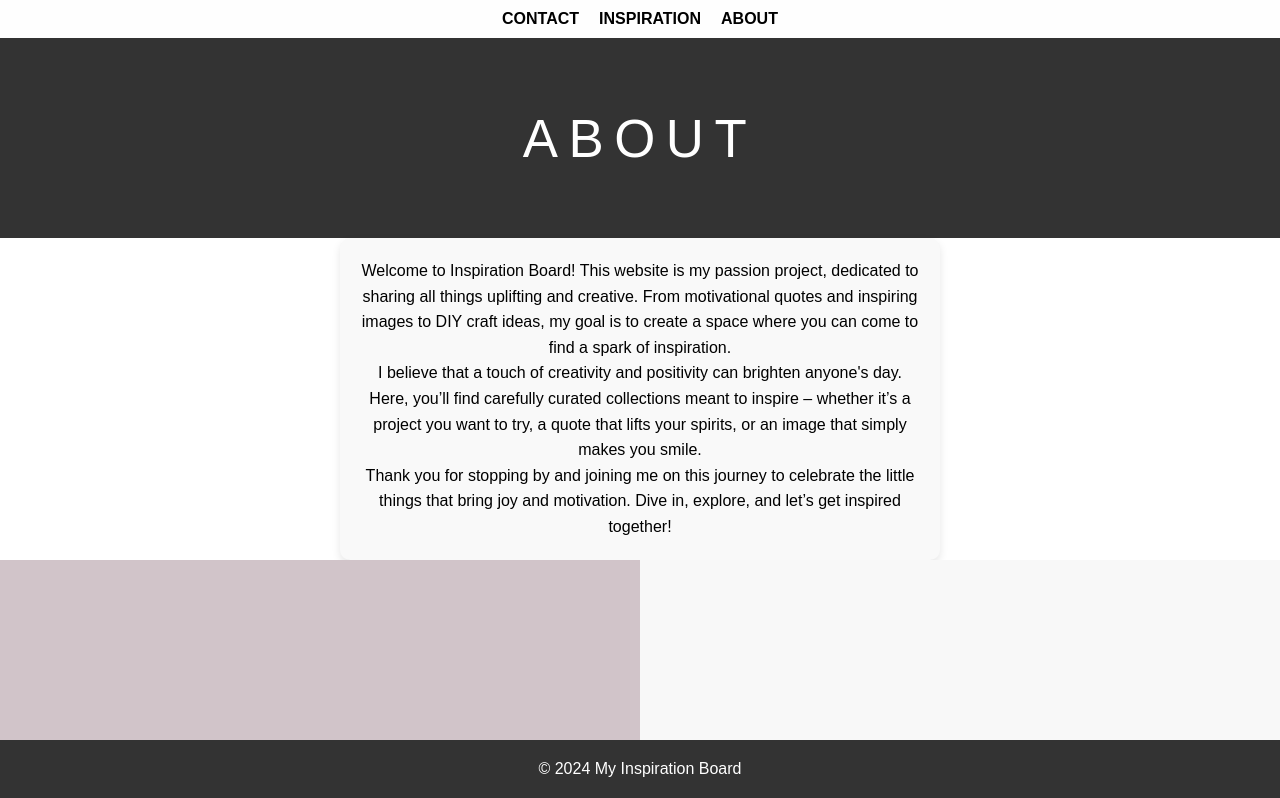
Repository: Brittany-Westlund/MART341-WebDesign
Page: WebDesignHomework/Assignment11/about.html
An editor plug-in stored every save of this project. The page is shown before and after the next save, followed by the edit.
The browser window is 1280 px wide. The pictures show the whole page.

Above is the page before, as saved 2024-11-03 20:00:29.

After the next save:
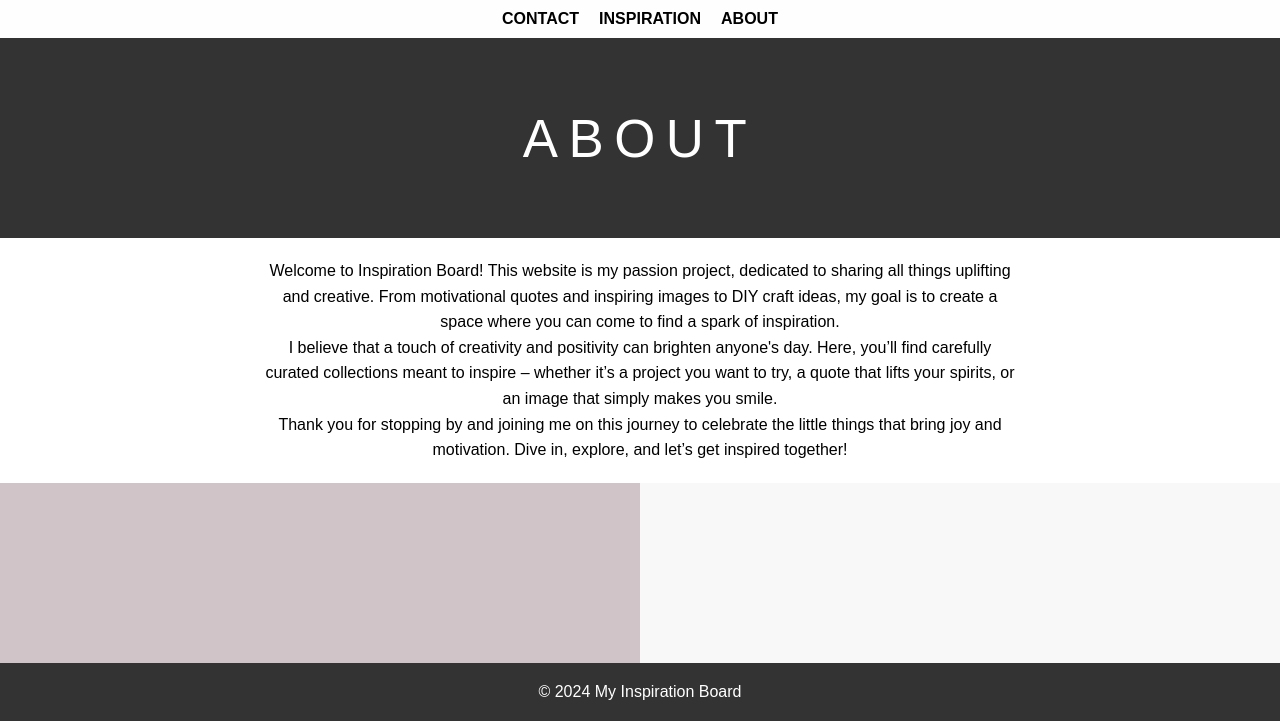
Saved 54 s later.
--- a/WebDesignHomework/Assignment11/style/style.css
+++ b/WebDesignHomework/Assignment11/style/style.css
@@ -69,14 +69,11 @@ nav ul li a {
 }
 
 .about-section {
-    max-width: 600px; /* Limits the width for readability */
+    max-width: 800px; /* Limits the width for readability */
     margin: 0 auto; /* Centers the section horizontally */
     padding: 20px; /* Adds space inside the section */
     text-align: center; /* Centers the text */
     line-height: 1.6; /* Improves readability */
-    background-color: #f9f9f9; /* Optional: light background color */
-    border-radius: 10px; /* Optional: rounded corners */
-    box-shadow: 0px 4px 8px rgba(0, 0, 0, 0.1); /* Optional: subtle shadow */
 }
 
 /* Styling for blockquote and author */
